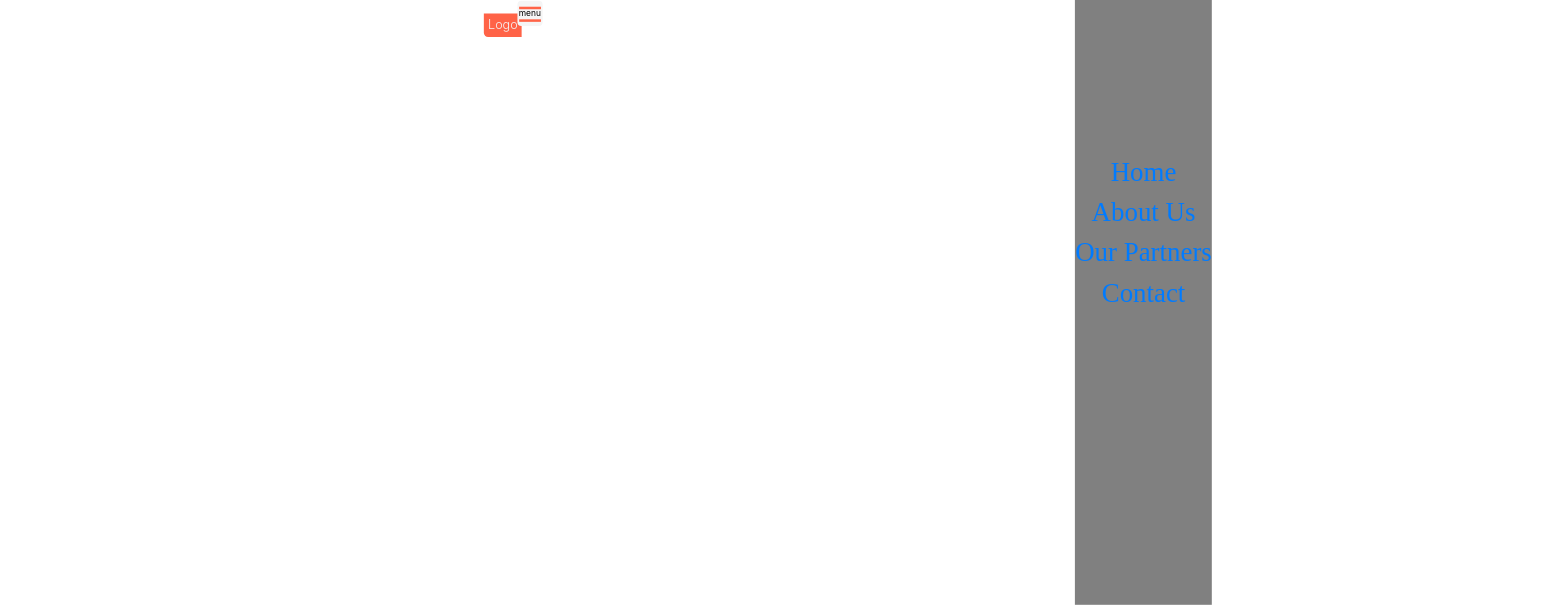
Repository: nicolasolo/in-vaslui
Page: index.html
The author's editor kept a copy of each file at every save. The page is drawn from the files as they stood at one save, then again after the next save.
The browser window is 1280 px wide. The page is 1856 px wide, so the pictures cover 1856 px, including what lies to the right of the window. The pictures show the whole page, at 84% of full size.
Some web libraries are served in a nearby version.

Above is the page before, as saved 2020-03-30 17:18:21.

After the next save:
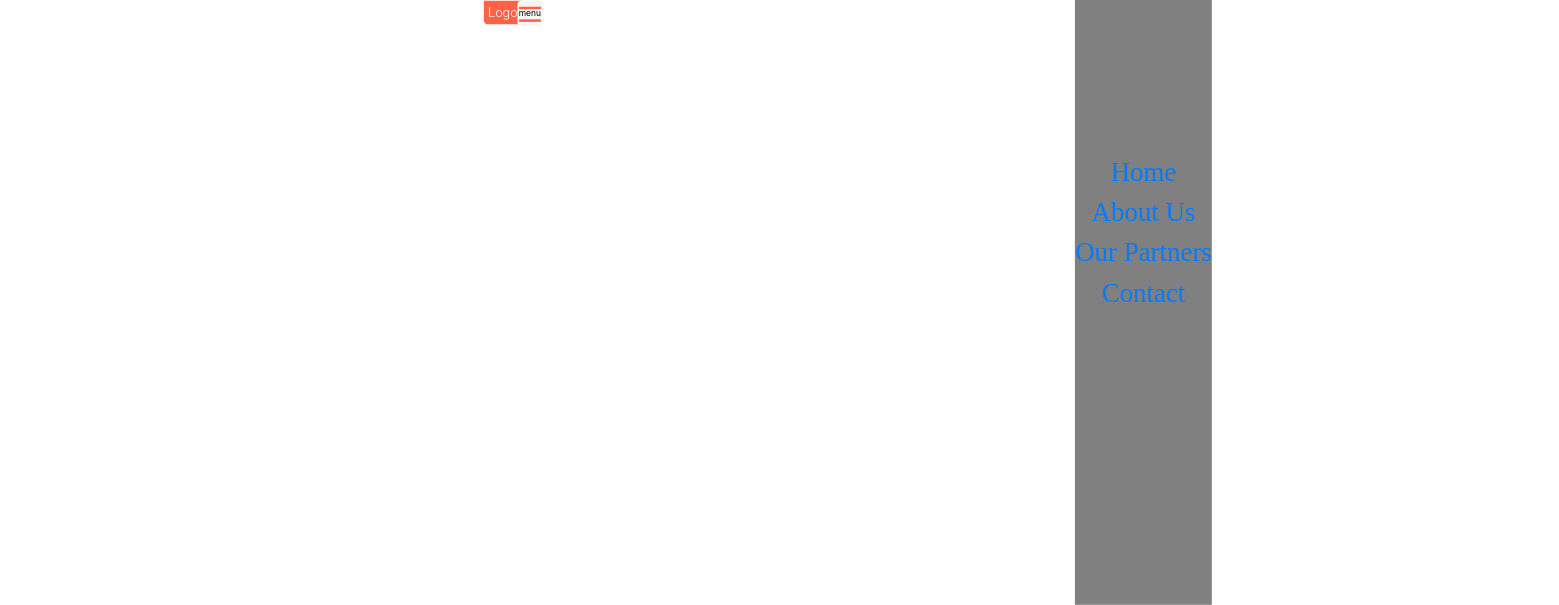
Saved 7 s later.
--- a/css/vaslui.css
+++ b/css/vaslui.css
@@ -22,7 +22,7 @@ span.brand{
     align-content: center;
     left:45%;
     position: absolute;
-    height: 30px;
+    height: fit-content;
     width: 100%;
 
   }
@@ -183,5 +183,3 @@ a:hover{
   color: tomato;
   text-decoration: none;
 }
-
-.jumbo
